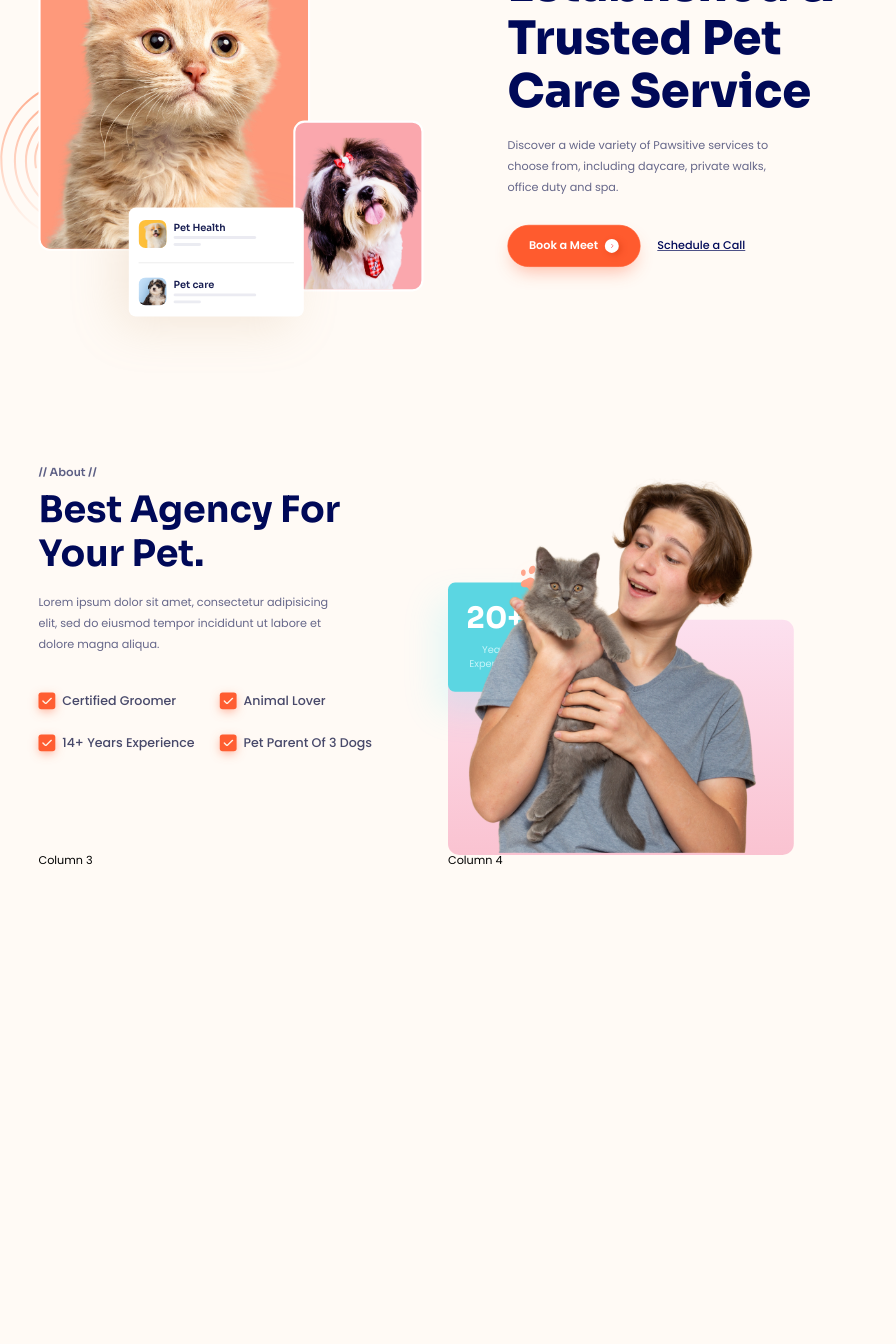
Repository: empty24062002/f8-project-05
Page: index.html
An editor plug-in stored every save of this project. The page is shown before and after the next save, followed by the edit.
The browser window is 1280 px wide. The pictures show the part of the page from y = 306 to 2226 px (the page is 10965 px tall), at 70% of full size.

Above is the page before, as saved 2023-09-11 10:23:45.

### index.html
<!DOCTYPE html>
<html lang="en">
    <head>
        <meta charset="UTF-8" />
        <meta name="viewport" content="width=device-width, initial-scale=1.0" />
        <title>Lucy</title>
        <!-- favicon -->
        <link
            rel="apple-touch-icon"
            sizes="57x57"
            href="./assets/favicon/apple-icon-57x57.png"
        />
        <link
            rel="apple-touch-icon"
            sizes="60x60"
            href="./assets/favicon/apple-icon-60x60.png"
        />
        <link
            rel="apple-touch-icon"
            sizes="72x72"
            href="./assets/favicon/apple-icon-72x72.png"
        />
        <link
            rel="apple-touch-icon"
            sizes="76x76"
            href="./assets/favicon/apple-icon-76x76.png"
        />
        <link
            rel="apple-touch-icon"
            sizes="114x114"
            href="./assets/favicon/apple-icon-114x114.png"
        />
        <link
            rel="apple-touch-icon"
            sizes="120x120"
            href="./assets/favicon/apple-icon-120x120.png"
        />
        <link
            rel="apple-touch-icon"
            sizes="144x144"
            href="./assets/favicon/apple-icon-144x144.png"
        />
        <link
            rel="apple-touch-icon"
            sizes="152x152"
            href="./assets/favicon/apple-icon-152x152.png"
        />
        <link
            rel="apple-touch-icon"
            sizes="180x180"
            href="./assets/favicon/apple-icon-180x180.png"
        />
        <link
            rel="icon"
            type="image/png"
            sizes="192x192"
            href="./assets/favicon/android-icon-192x192.png"
        />
        <link
            rel="icon"
            type="image/png"
            sizes="32x32"
            href="./assets/favicon/favicon-32x32.png"
        />
        <link
            rel="icon"
            type="image/png"
            sizes="96x96"
            href="./assets/favicon/favicon-96x96.png"
        />
        <link
            rel="icon"
            type="image/png"
            sizes="16x16"
            href="./assets/favicon/favicon-16x16.png"
        />
        <link rel="manifest" href="./assets/favicon/manifest.json" />
        <meta name="msapplication-TileColor" content="#ffffff" />
        <meta
            name="msapplication-TileImage"
            content="./assets/favicon/ms-icon-144x144.png"
        />
        <meta name="theme-color" content="#ffffff" />
        <!-- reset CSS -->
        <link rel="stylesheet" href="./assets/css/reset.css" />
        <!-- embed font -->
        <link rel="preconnect" href="https://fonts.googleapis.com" />
        <link rel="preconnect" href="https://fonts.gstatic.com" crossorigin />
        <link
            href="https://fonts.googleapis.com/css2?family=Poppins:wght@300;400;500;600&family=Sora:wght@600;700;800&display=swap"
            rel="stylesheet"
        />
        <!-- style css -->
        <link rel="stylesheet" href="./assets/css/styles.css" />
    </head>
    <body>
        <!-- header -->
        <header class="header">
            <div class="container">
                <div class="header__inner">
                    <!-- logo -->
                    <a href="#!">
                        <img
                            src="./assets/img/logo.svg"
                            alt="Lucy"
                            class="header__logo"
                        />
                    </a>
                    <!-- navbar -->
                    <nav class="navbar">
                        <ul class="navbar__list">
                            <li class="navbar__item">
                                <a href="#!" class="navbar__link"> Home </a>
                            </li>
                            <li class="navbar__item">
                                <a href="#!" class="navbar__link"> About </a>
                            </li>
                            <li class="navbar__item">
                                <a href="#!" class="navbar__link"
                                    >Services & Rates
                                </a>
                            </li>
                            <li class="navbar__item">
                                <a href="#!" class="navbar__link"> Reviews </a>
                            </li>
                            <li class="navbar__item">
                                <a href="#!" class="navbar__link">
                                    Contacts us
                                </a>
                            </li>
                        </ul>
                    </nav>
                    <!-- header action -->
                    <div class="header-action">
                        <a href="#!" class="header-action__link">Sign in</a>
                        <a href="#!" class="btn header-action__btn">Sign up</a>
                    </div>
                </div>
            </div>
        </header>
        <!-- hero -->
        <section class="hero">
            <div class="container">
                <div class="hero__inner">
                    <!-- hero media -->
                    <div class="hero__media">
                        <div class="hero__img-wrap">
                            <img
                                src="./assets/img/hero__img1.png"
                                alt=""
                                class="hero__img"
                            />

                            <!-- Decorators -->
                            <img
                                src="./assets/img/decor__01.svg"
                                alt=""
                                class="hero__decor hero__decor-left"
                            />
                            <img
                                src="./assets/img/decor__02.svg"
                                alt=""
                                class="hero__decor hero__decor-right"
                            />
                        </div>
                        <div class="hero__img-wrap hero__img-wrap-small">
                            <img
                                src="./assets/img/hero__img2.png"
                                alt=""
                                class="hero__img"
                            />
                        </div>

                        <div class="hero__list">
                            <!-- hero list item 1 -->
                            <section class="hero-list-item">
                                <img
                                    src="./assets/img/hero__img3.png"
                                    alt=""
                                    class="hero-list-item__thump"
                                />
                                <div class="hero-list-item__info">
                                    <p class="hero-list-item__title">
                                        Pet Health
                                    </p>
                                    <div class="hero-list-item__skeleton"></div>
                                    <div
                                        class="hero-list-item__skeleton"
                                        style="--width: 39px"
                                    ></div>
                                </div>
                            </section>

                            <div class="hero-list-item__separate"></div>
                            <!-- hero list item 2 -->
                            <section class="hero-list-item">
                                <img
                                    src="./assets/img/hero__img4.png"
                                    alt=""
                                    class="hero-list-item__thump"
                                />
                                <div class="hero-list-item__info">
                                    <p class="hero-list-item__title">
                                        Pet care
                                    </p>
                                    <div class="hero-list-item__skeleton"></div>
                                    <div
                                        class="hero-list-item__skeleton"
                                        style="--width: 39px"
                                    ></div>
                                </div>
                            </section>
                        </div>
                    </div>
                    <!-- hero content -->
                    <section class="hero__content">
                        <h1 class="hero__heading">
                            Established & Trusted Pet Care Service
                        </h1>
                        <p class="hero__desc">
                            Discover a wide variety of Pawsitive services to
                            choose from, including daycare, private walks,
                            office duty and spa.
                        </p>
                        <div class="hero__row">
                            <a href="#!" class="btn btn--primary hero__cta-btn">
                                Book a Meet
                                <span class="btn__icon">
                                    <svg
                                        width="5"
                                        height="6"
                                        viewBox="0 0 5 6"
                                        fill="none"
                                        xmlns="http://www.w3.org/2000/svg"
                                    >
                                        <path
                                            d="M1.48584 0.5L3.98584 3L1.48584 5.5"
                                            stroke="#FD5056"
                                            stroke-linecap="round"
                                            stroke-linejoin="round"
                                        />
                                    </svg>
                                </span>
                            </a>
                            <a href="#!" class="hero__cta-link">
                                Schedule a Call
                            </a>
                        </div>
                    </section>
                </div>
            </div>
        </section>
        <main style="height: 10000px">
            <!-- about -->
            <section class="about">
                <div class="container">
                    <div class="about__inner">
                        <section class="about__content">
                            <p class="about__lable">// About //</p>
                            <h2 class="about__heading section-heading">
                                Best Agency For Your Pet.
                            </h2>
                            <p class="about__desc section-desc">
                                Lorem ipsum dolor sit amet, consectetur
                                adipisicing elit, sed do eiusmod tempor
                                incididunt ut labore et dolore magna aliqua.
                            </p>
                            <div class="about__checklist">
                                <span class="about__check-item">
                                    Certified Groomer
                                </span>
                                <span class="about__check-item">
                                    Animal Lover
                                </span>
                                <span class="about__check-item">
                                    14+ Years Experience
                                </span>
                                <span class="about__check-item">
                                    Pet Parent Of 3 Dogs
                                </span>
                            </div>
                        </section>
                        <div class="about__media">
                            <!-- About card -->
                            <div class="about__card">
                                <b class="about__card-title">20+</b>
                                <p class="about__card-desc">Years Experience</p>
                                <img
                                    src="./assets/img/about-decor1.svg"
                                    alt=""
                                    class="about__card-decor"
                                />
                            </div>
                            <!-- About img wrapper -->
                            <figure class="about__img-wrap">
                                <img
                                    src="./assets/img/about-img1.png"
                                    alt=""
                                    class="about__img"
                                />
                            </figure>
                        </div>
                        <div class="about__media">Column 3</div>
                        <section class="about__content">Column 4</section>
                    </div>
                </div>
            </section>
        </main>
    </body>
</html>

### assets/css/styles.css
* {
    box-sizing: border-box;
}

:root {
    --primary-color: #ff5b2e;
}

html {
    font-size: 62.5%;
}

body {
    font-size: 1.6rem;
    font-family: "Poppins", sans-serif;
    background: #fffaf5;
}

/* common */

h1,
h2,
h3,
h4,
h5,
h6 {
    font-family: "Sora", sans-serif;
}

input,
textarea,
select,
button {
    font-size: inherit;
    font-family: inherit;
}

a {
    text-decoration: none;
}

.container {
    width: 1170px;
    max-width: calc(100% - 48px);
    margin: 0 auto;
}

.btn {
    --height: 56px;

    display: inline-flex;
    align-items: center;
    justify-content: center;
    min-width: 130px;
    height: var(--height);
    line-height: var(--height);
    border: 1px solid rgb(0, 9, 88, 0.7);
    border-radius: 99px;
    color: #000958;
    text-align: center;
    font-size: 1.4rem;
    font-weight: 600;
}

.btn:hover {
    opacity: 0.8;
    cursor: pointer;
}

.btn--primary {
    background: var(--primary-color);
    color: #fff;
    border-color: var(--primary-color);
}

.btn__icon {
    display: flex;
    justify-content: center;
    align-items: center;
    margin-left: 10px;
    width: 20px;
    height: 20px;
    border-radius: 50%;
    background-color: #fff;
    box-shadow: 4px 3px 10px -1px rgba(191, 41, 0, 0.4);
}

.section-heading {
    color: #000958;
    font-family: "Sora", sans-serif;
    font-size: 5.2rem;
    font-weight: 700;
    line-height: 1.19;
}

.section-desc {
    margin-top: 24px;
    color: #656689;
    font-size: 1.6rem;
    font-weight: 400;
    line-height: 1.87; /* 187.5% */
}

/* header */
.header {
    padding: 26px 0;
}

.header__inner {
    display: flex;
    justify-content: space-between;
    align-items: center;
}

.navbar__list {
    display: flex;
}

.navbar__link,
.header-action__link {
    padding: 8px 18px;
    color: #5e6085;
    font-size: 1.4rem;
    font-weight: 500;
    line-height: 1; /* 100% */
}

.navbar__link:hover {
    color: #000958;
    text-shadow: 1px 0 0 currentColor;
}

.header-action__btn {
    --height: 50px;

    min-width: 117px;
}

/* hero */
.hero {
    margin-top: 74px;
}

.hero__inner {
    display: flex;
    justify-content: space-between;
    align-items: center;
    column-gap: 120px;
}

.hero__media {
    display: flex;
    position: relative;
    padding-bottom: 94px;
}

.hero__img-wrap {
    position: relative;
    display: flex;
    justify-content: center;
    align-items: flex-end;
    width: 388px;
    height: 488px;
    border: 3px solid #fff;
    border-radius: 16px;
    background: #fe997b;
}

.hero__img {
    max-width: 100%;
    max-height: 100%;
    border-radius: inherit;
}

.hero__decor {
    position: absolute;
    z-index: -1;
}

.hero__decor-left {
    left: -58px;
    bottom: 10px;
}

.hero__decor-right {
    top: 16px;
    right: -43px;
}

.hero__img-wrap-small {
    align-self: flex-end;
    width: 186px;
    height: 244px;
    margin: 0 0 -58px -24px;
    border: 2px solod #f7dddf;
    background: #faa7ad;
}

.hero__list {
    position: absolute;
    left: 129px;
    bottom: 0;
    width: 250px;
    height: 156px;
    padding: 18px 14px;
    border-radius: 10px;
    background: #fff;
    box-shadow: -17px 14px 68px -4px rgba(207, 174, 132, 0.25);
}

.hero-list-item {
    display: flex;
    align-items: center;
}

.hero-list-item:nth-of-type(2) .hero-list-item__thump {
    background-color: #c6e2fa;
}

.hero-list-item__thump {
    width: 40px;
    height: 40px;
    border-radius: 10px;
    object-fit: cover;
    background: #fec23f;
}

.hero-list-item__info {
    margin-left: 10px;
}

.hero-list-item__title {
    color: #181e52;
    font-family: "Sora", sans-serif;
    font-size: 1.4rem;
    font-weight: 600;
    line-height: 1;
}

.hero-list-item__separate {
    margin: 20px 0;
    width: 100%;
    height: 2px;
    background: #f2f2f2;
}

.hero-list-item__skeleton {
    margin-top: 6px;
    width: var(--width, 118px);
    height: 4px;
    border-radius: 10px;
    opacity: 0.08;
    background: #000958;
}

.hero__heading {
    color: #000958;
    font-size: 6.6rem;
    font-weight: 800;
    line-height: 1.15; /* 115.152% */
}

.hero__desc {
    width: 391px;
    margin-top: 24px;
    color: #656689;
    font-size: 1.6rem;
    font-weight: 400;
    line-height: 1.88;
}

.hero__row {
    display: flex;
    align-items: center;
    margin-top: 38px;
}

.hero__cta-btn {
    --height: 60px;

    min-width: 190px;
    font-size: 1.6rem;
    box-shadow: 0px 13px 26px -8px rgba(255, 91, 46, 0.42);
}

.hero__cta-link {
    margin-left: 24px;
    color: #000958;
    font-size: 1.6rem;
    font-weight: 500;
    line-height: 1;
    text-decoration: underline;
}
/* about */
.about {
    margin-top: 207px;
    padding: 8px 0;
}

.about__inner {
    display: grid;
    grid-template-columns: 1fr 1fr;
}

.about__lable {
    color: #5e6085;
    font-family: "Sora", sans-serif;
    font-size: 1.6rem;
    font-weight: 600;
    line-height: 1;
}

.about__heading {
    margin-top: 15px;
}

.about__heading,
.about__desc {
    width: 444px;
}

.about__checklist {
    display: grid;
    grid-template-columns: auto auto;
    justify-content: flex-start;
    gap: 36px;
    margin-top: 54px;
}

.about__check-item {
    position: relative;
    display: flex;
    align-items: center;
    column-gap: 10px;
    color: #48496a;
    font-size: 1.8rem;
    font-weight: 500;
    line-height: 1;
}

.about__check-item::before {
    content: "";
    display: inline-block;
    width: 24px;
    height: 24px;
    background: #ff5d31;
    box-shadow: 0px 4px 15px -3px #ff5d31b0;
    border-radius: 4px;
}

.about__check-item::after {
    content: url(../icons/check-item.svg);
    position: absolute;
    top: 2px;
    left: 5px;
}

.about__media {
    position: relative;
}

.about__card {
    position: absolute;
    width: 136px;
    top: 165px;
    left: 0;
    padding: 30px 26px;
    text-align: center;
    border-radius: 10px;
    background: #5bd6e2;
    box-shadow: -15px 26px 48px 0px rgba(85, 240, 255, 0.17);
}

.about__card-title {
    color: #fff;
    font-family: "Sora", sans-serif;
    font-size: 4.2rem;
    font-weight: 700;
    line-height: 1;
}

.about__card-desc {
    margin-top: 14px;
    color: #c6f4f9;
    font-size: 1.4rem;
    font-weight: 400;
    line-height: 1.42;
}

.about__card-decor {
    position: absolute;
    top: -40px;
    right: -32px;
}

.about__img-wrap {
    position: relative;
    width: 494px;
}

.about__img-wrap::after {
    position: absolute;
    content: "";
    height: 336px;
    inset: auto 0 0 0;
    border-radius: 16px;
    background: linear-gradient(180deg, #fce0ef 0%, #fac3d1 100%);
    z-index: -1;
}

.about__img {
    width: 450px;
}

Loaded but not shown: assets/css/reset.css (common file)

After the next save:
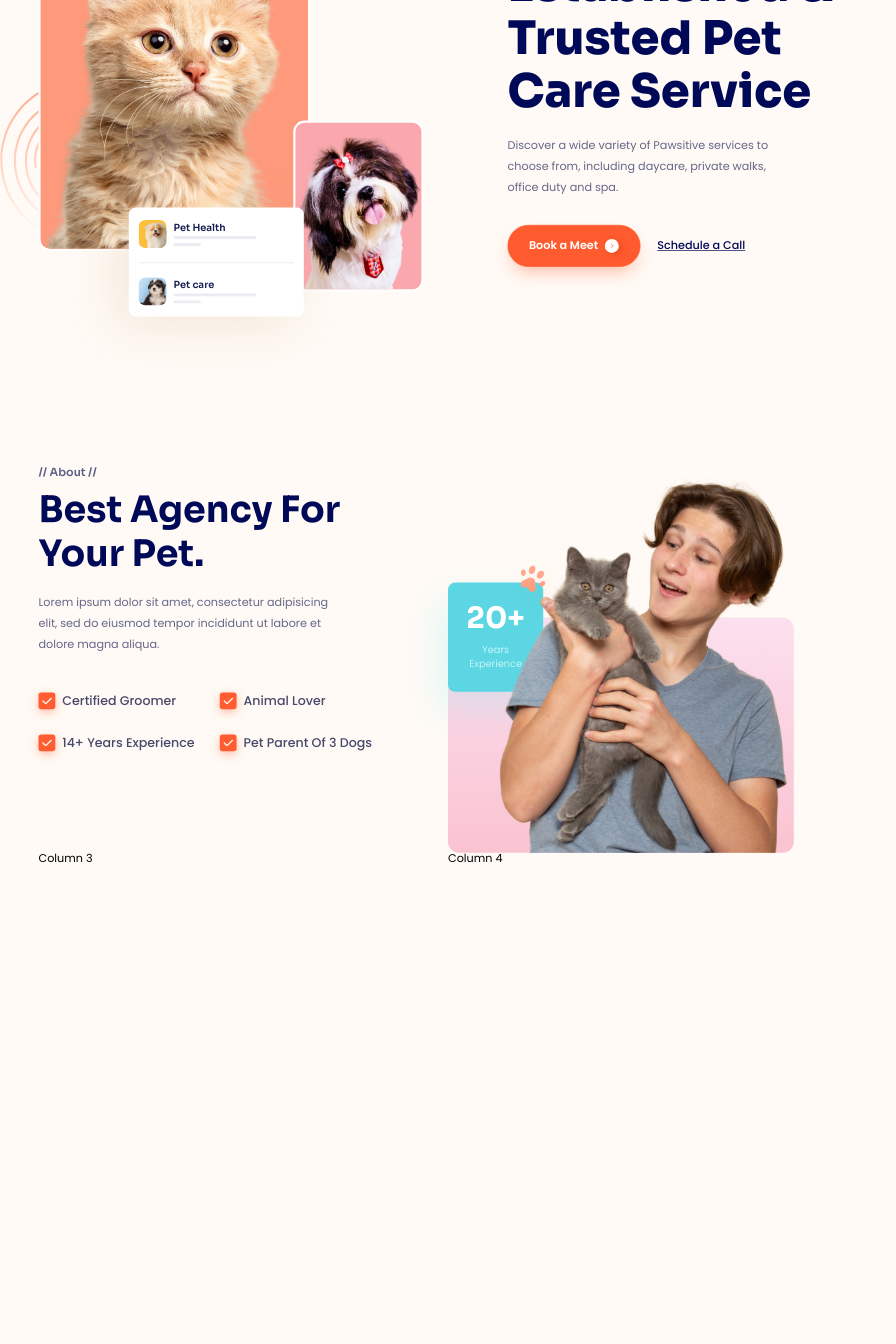
Saved 40 s later.
--- a/assets/css/styles.css
+++ b/assets/css/styles.css
@@ -396,6 +396,9 @@ a {
 .about__img-wrap {
     position: relative;
     width: 494px;
+    display: flex;
+    justify-content: flex-end;
+    align-items: center;
 }
 
 .about__img-wrap::after {

After the save that followed:
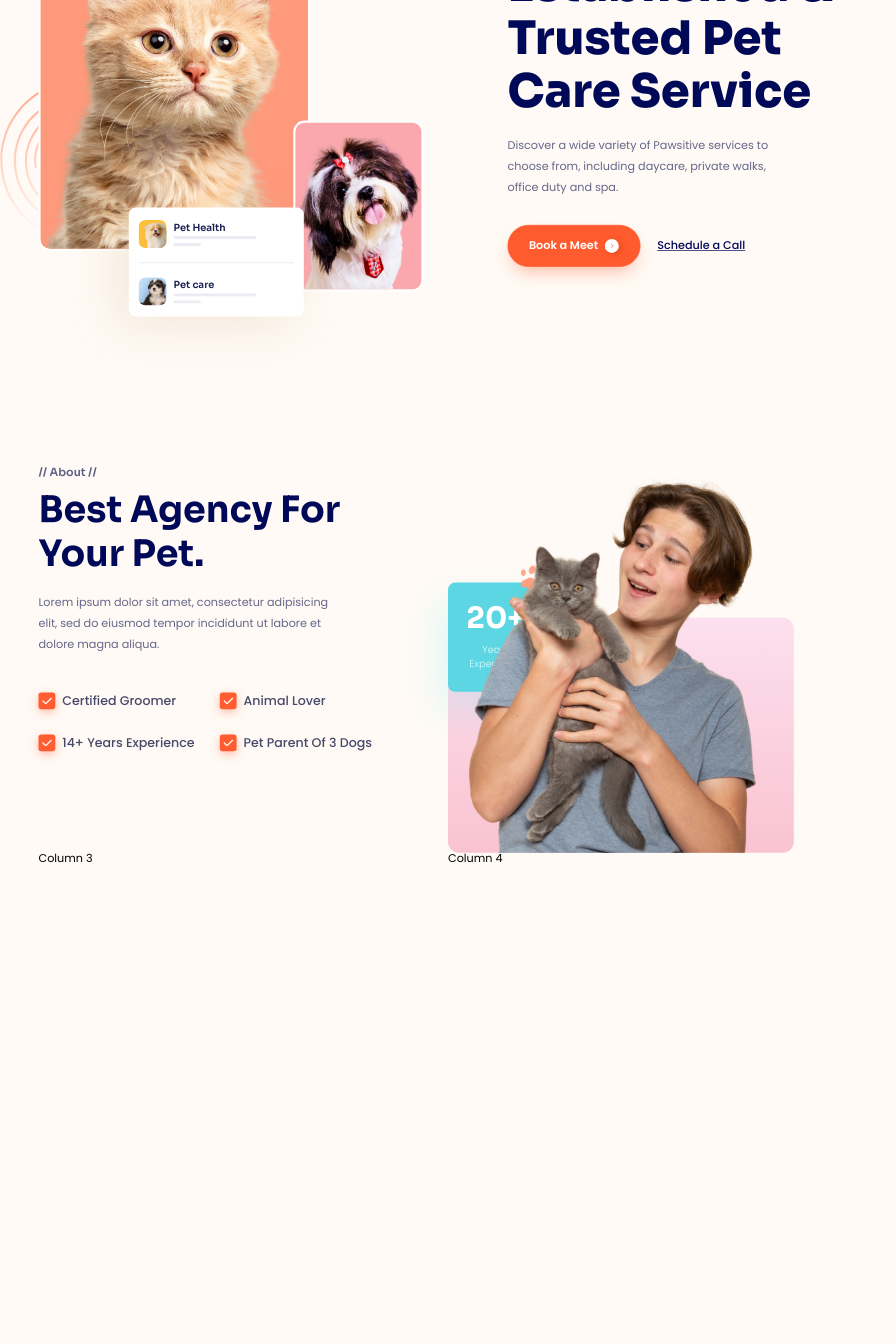
Saved 21 s later.
--- a/assets/css/styles.css
+++ b/assets/css/styles.css
@@ -396,9 +396,6 @@ a {
 .about__img-wrap {
     position: relative;
     width: 494px;
-    display: flex;
-    justify-content: flex-end;
-    align-items: center;
 }
 
 .about__img-wrap::after {
@@ -413,4 +410,7 @@ a {
 
 .about__img {
     width: 450px;
-}
+    display: flex;
+    justify-content: flex-end;
+    align-items: center;
+}
